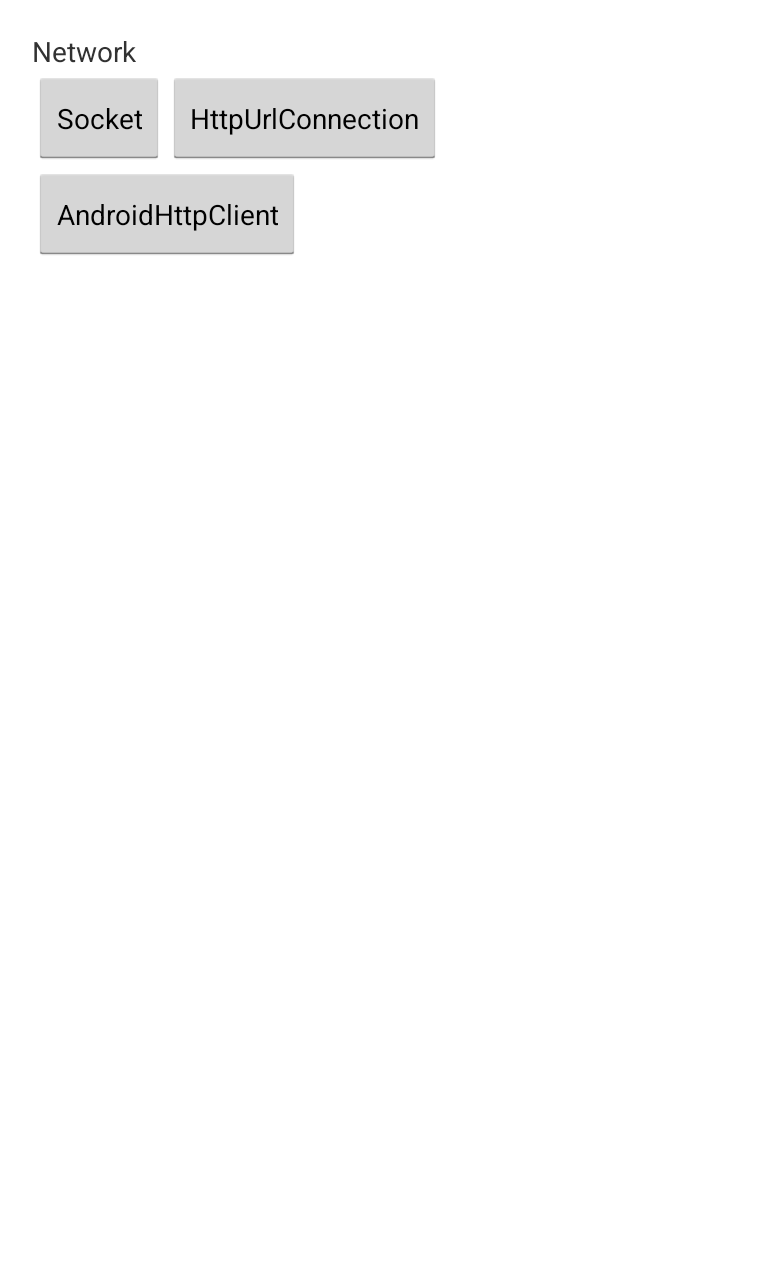
Repository: Amir13/Android_Basic_Steps
Layout: ViewElements4/res/layout/activity_main.xml
These files come from the project's save history. The layout is drawn as it stood at one moment and after the next save; the edit follows.
It is drawn on a 768 x 1280 px phone screen (xhdpi) without system bars, with theme AppTheme; the app's code is not run.

Above is the layout before, as saved 2014-06-03 19:52:12.

After the next save:
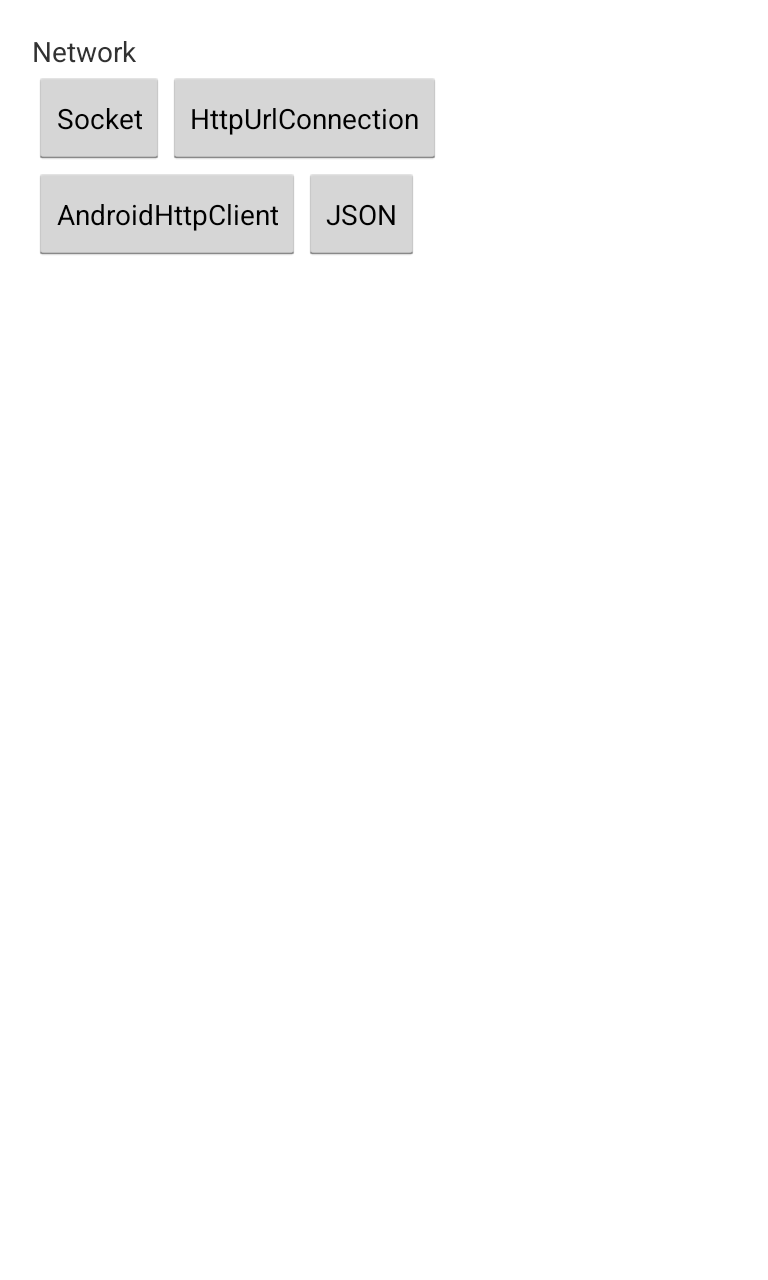
Saved 3 days later.
--- a/ViewElements4/res/layout/activity_main.xml
+++ b/ViewElements4/res/layout/activity_main.xml
@@ -41,4 +41,13 @@
         android:layout_below="@+id/btnSocket"
         android:text="AndroidHttpClient" />
 
+    <Button
+        android:id="@+id/btnJson"
+        style="?android:attr/buttonStyleSmall"
+        android:layout_width="wrap_content"
+        android:layout_height="wrap_content"
+        android:layout_alignTop="@+id/btnAndroid"
+        android:layout_toRightOf="@+id/btnAndroid"
+        android:text="JSON" />
+
 </RelativeLayout>
